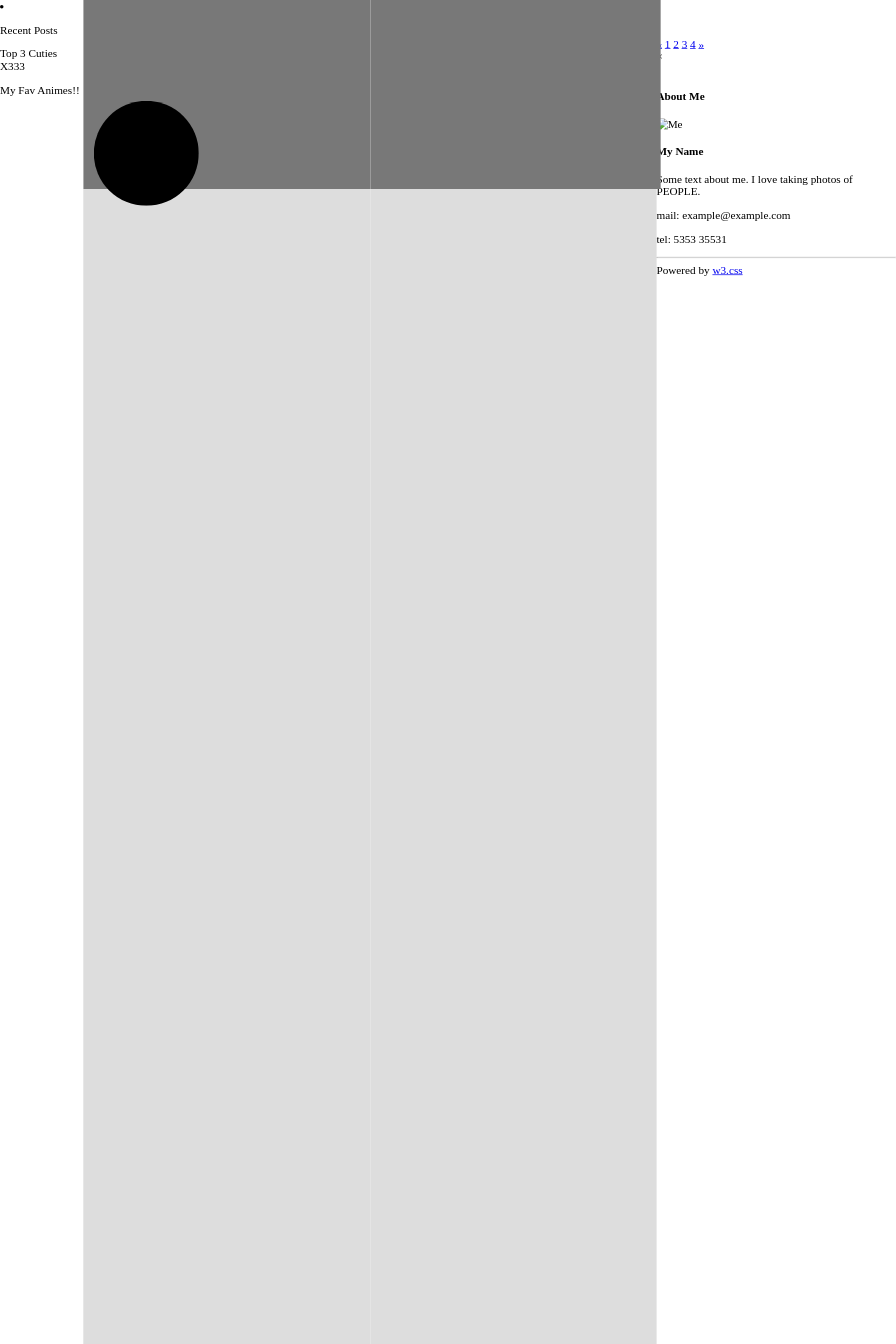
Repository: Jennica1/Frontend-Final
Page: index.html
These files come from the project's save history. The page is drawn as it stood at one moment and after the next save; the edit follows.
The browser window is 1280 px wide. The pictures show the part of the page from y = 0 to 1920 px (the page is 1980 px tall before and 4473 px after), at 70% of full size.

Above is the page before, as saved 2024-05-09 21:04:26.

After the next save:
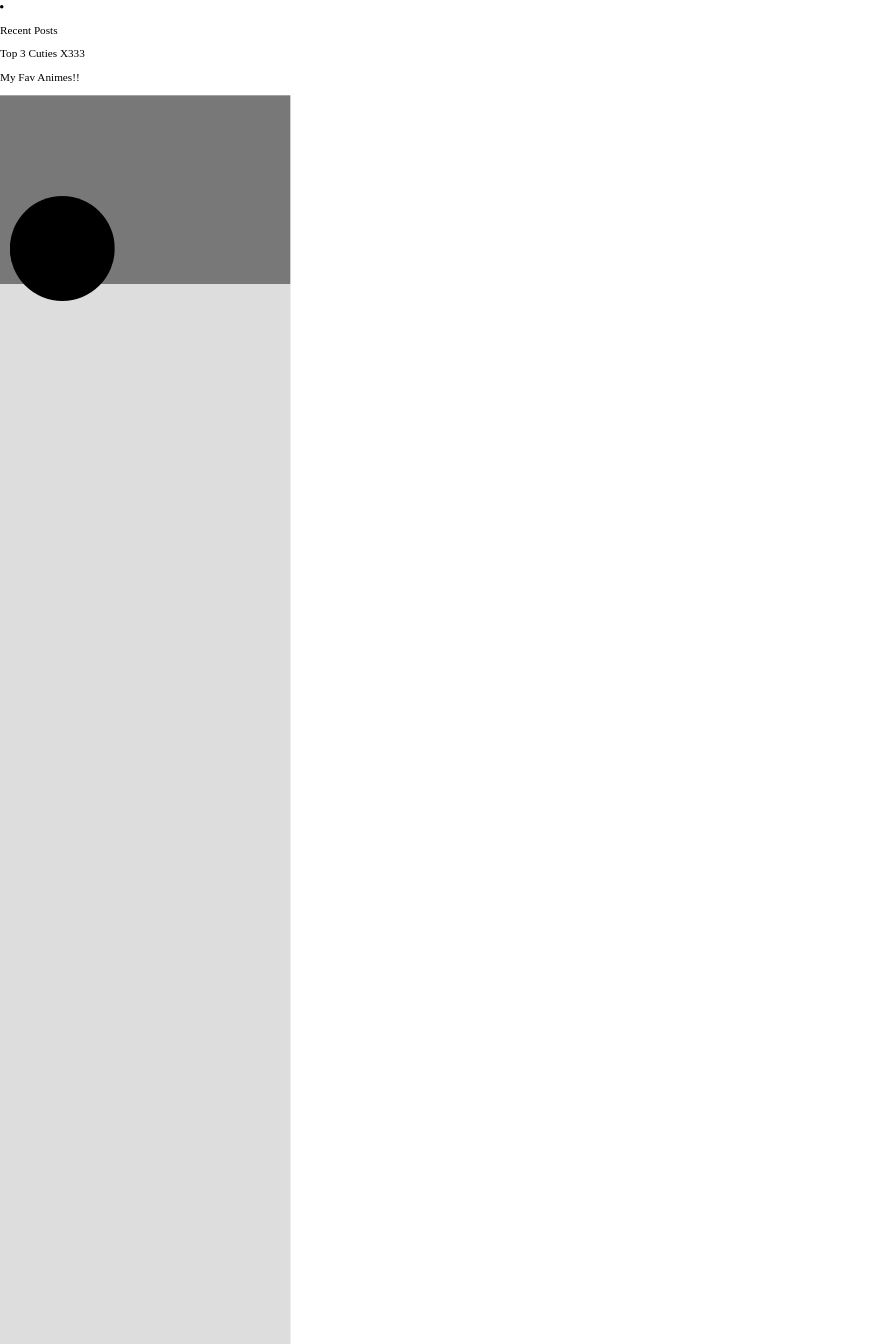
Saved 9 s later.
--- a/style.css
+++ b/style.css
@@ -1,5 +1,7 @@
 body {
   display: flex;
+  justify-content: center;
+  flex-direction: column;
   min-height: 100%;
   margin: 0;
 }
